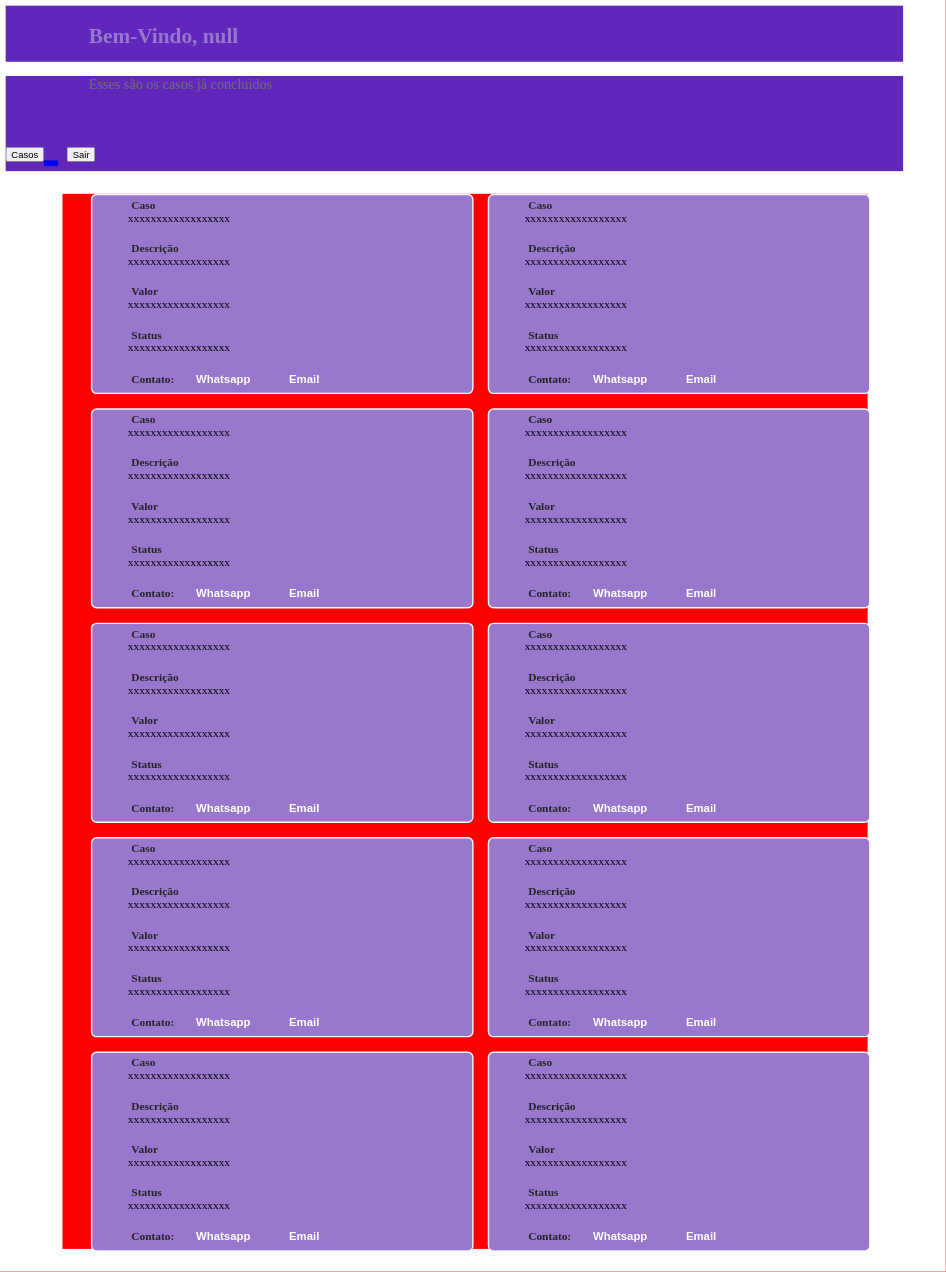
Repository: Dirlandia404/Casos
Page: frontend/public/pages/casosConcluidos.html
These files come from the project's save history. The page is drawn as it stood at one moment and after the next save; the edit follows.
The browser window is 1280 px wide. The page is 1332 px wide, so the pictures cover 1332 px, including what lies to the right of the window. The pictures show the whole page, at 71% of full size.
The page's requests for data from a server got no answer. Some web libraries are served in a nearby version.

Above is the page before, as saved 2021-07-29 11:58:18.

### frontend/public/pages/casosConcluidos.html
<!DOCTYPE html>
<html lang="pt-br">
<head>
  <script type="text/javascript">
    var logado = sessionStorage.getItem('key')
  </script>
    <meta charset="UTF-8">
    <meta http-equiv="X-UA-Compatible" content="IE=edge">
    <meta name="viewport" content="width=device-width, initial-scale=1.0">
    <title>Casos Concluidos</title>

    <link rel="stylesheet" href="src/style/casosConcluidos.css">

</head>
<body>
  <header>
      <h6>Bem-Vindo, <script type="text/javascript">document.write(logado)</script></h6>
    </header>
    <div id="header-2">
      <p>Esses são os casos já concluidos</p>
              <a href="casos.html">

          <button>Casos</button>
      </a>
      <button onclick="logout();">Sair</button>

    </div>

    <div id="box-casos">
      <ul>
          <li>
              <div class="dados">
                  <strong>Caso </strong>
                  <h7>xxxxxxxxxxxxxxxxxx</h7>
                  <strong>Descrição</strong>
                  <h7>xxxxxxxxxxxxxxxxxx</h7>
                  <strong>Valor</strong>
                  <h7>xxxxxxxxxxxxxxxxxx</h7>
                  <strong>Status</strong>
                  <h7>xxxxxxxxxxxxxxxxxx</h7>
                  <div id="fieldset">
                      <strong>Contato:</strong>
                      <button>Whatsapp</button>
                      <button>Email</button>
                  </div>

              </div>

          </li>
          <li>
           <div class="dados">
               <strong>Caso </strong>
               <h7>xxxxxxxxxxxxxxxxxx</h7>
               <strong>Descrição</strong>
               <h7>xxxxxxxxxxxxxxxxxx</h7>
               <strong>Valor</strong>
               <h7>xxxxxxxxxxxxxxxxxx</h7>
               <strong>Status</strong>
               <h7>xxxxxxxxxxxxxxxxxx</h7>
               <div id="fieldset">
                   <strong>Contato:</strong>
                   <button>Whatsapp</button>
                   <button>Email</button>
               </div>

           </div>

       </li>
       <li>
           <div class="dados">
               <strong>Caso </strong>
               <h7>xxxxxxxxxxxxxxxxxx</h7>
               <strong>Descrição</strong>
               <h7>xxxxxxxxxxxxxxxxxx</h7>
               <strong>Valor</strong>
               <h7>xxxxxxxxxxxxxxxxxx</h7>
               <strong>Status</strong>
               <h7>xxxxxxxxxxxxxxxxxx</h7>
               <div id="fieldset">
                   <strong>Contato:</strong>
                   <button>Whatsapp</button>
                   <button>Email</button>
               </div>

           </div>

       </li>
       <li>
        <div class="dados">
            <strong>Caso </strong>
            <h7>xxxxxxxxxxxxxxxxxx</h7>
            <strong>Descrição</strong>
            <h7>xxxxxxxxxxxxxxxxxx</h7>
            <strong>Valor</strong>
            <h7>xxxxxxxxxxxxxxxxxx</h7>
            <strong>Status</strong>
            <h7>xxxxxxxxxxxxxxxxxx</h7>
            <div id="fieldset">
                <strong>Contato:</strong>
                <button>Whatsapp</button>
                <button>Email</button>
            </div>

        </div>

    </li>
    <li>
      <div class="dados">
          <strong>Caso </strong>
          <h7>xxxxxxxxxxxxxxxxxx</h7>
          <strong>Descrição</strong>
          <h7>xxxxxxxxxxxxxxxxxx</h7>
          <strong>Valor</strong>
          <h7>xxxxxxxxxxxxxxxxxx</h7>
          <strong>Status</strong>
          <h7>xxxxxxxxxxxxxxxxxx</h7>
          <div id="fieldset">
              <strong>Contato:</strong>
              <button>Whatsapp</button>
              <button>Email</button>
          </div>

      </div>

  </li>
  <li>
    <div class="dados">
        <strong>Caso </strong>
        <h7>xxxxxxxxxxxxxxxxxx</h7>
        <strong>Descrição</strong>
        <h7>xxxxxxxxxxxxxxxxxx</h7>
        <strong>Valor</strong>
        <h7>xxxxxxxxxxxxxxxxxx</h7>
        <strong>Status</strong>
        <h7>xxxxxxxxxxxxxxxxxx</h7>
        <div id="fieldset">
            <strong>Contato:</strong>
            <button>Whatsapp</button>
            <button>Email</button>
        </div>

    </div>

</li>
<li>
 <div class="dados">
     <strong>Caso </strong>
     <h7>xxxxxxxxxxxxxxxxxx</h7>
     <strong>Descrição</strong>
     <h7>xxxxxxxxxxxxxxxxxx</h7>
     <strong>Valor</strong>
     <h7>xxxxxxxxxxxxxxxxxx</h7>
     <strong>Status</strong>
     <h7>xxxxxxxxxxxxxxxxxx</h7>
     <div id="fieldset">
         <strong>Contato:</strong>
         <button>Whatsapp</button>
         <button>Email</button>
     </div>

 </div>

</li>
<li>
 <div class="dados">
     <strong>Caso </strong>
     <h7>xxxxxxxxxxxxxxxxxx</h7>
     <strong>Descrição</strong>
     <h7>xxxxxxxxxxxxxxxxxx</h7>
     <strong>Valor</strong>
     <h7>xxxxxxxxxxxxxxxxxx</h7>
     <strong>Status</strong>
     <h7>xxxxxxxxxxxxxxxxxx</h7>
     <div id="fieldset">
         <strong>Contato:</strong>
         <button>Whatsapp</button>
         <button>Email</button>
     </div>

 </div>

</li>
<li>
<div class="dados">
  <strong>Caso </strong>
  <h7>xxxxxxxxxxxxxxxxxx</h7>
  <strong>Descrição</strong>
  <h7>xxxxxxxxxxxxxxxxxx</h7>
  <strong>Valor</strong>
  <h7>xxxxxxxxxxxxxxxxxx</h7>
  <strong>Status</strong>
  <h7>xxxxxxxxxxxxxxxxxx</h7>
  <div id="fieldset">
      <strong>Contato:</strong>
      <button>Whatsapp</button>
      <button>Email</button>
  </div>

</div>

</li>
<li>
<div class="dados">
<strong>Caso </strong>
<h7>xxxxxxxxxxxxxxxxxx</h7>
<strong>Descrição</strong>
<h7>xxxxxxxxxxxxxxxxxx</h7>
<strong>Valor</strong>
<h7>xxxxxxxxxxxxxxxxxx</h7>
<strong>Status</strong>
<h7>xxxxxxxxxxxxxxxxxx</h7>
<div id="fieldset">
    <strong>Contato:</strong>
    <button>Whatsapp</button>
    <button>Email</button>
</div>

</div>

</li>



      </ul>

      <!--
       <div id="box-casos">
           <ul id="teste">


           </ul>

       </div>
       -->

</body>
</html>

<script src="https://cdnjs.cloudflare.com/ajax/libs/axios/0.18.0/axios.min.js"></script>


<script type="text/javascript">

function logout() {

sessionStorage.removeItem('key');
sessionStorage.clear();

window.location.replace("http://localhost:8080/pages/index.html");
}

    class Api{
     static async getCases (page){
       axios.get(`http://localhost:3333/findbystatus?status=concluido&page=${page}`)
      .then(response => list_cases_concluidos(response.data))
      .catch(error => console.log(error))
     }
  }

if(logado === '' || logado === 'null'){

}else{
  Api.getCases('1')
}

 const list_cases_concluidos = ( cases ) => {
    const bycases = document.getElementById('teste')
    cases.map(cases => {

      const li_casos = document.createElement('li')

 //     const div_aju = document.createElement('div')
  //    div_aju.setAttribute("id", "ajudar");

  //    const btn_aju = document.createElement("BUTTON");
 //     btn_aju.innerHTML = "Ajudar";

      const div_dados = document.createElement('div')
      div_dados.className = 'dados';

      const case_id_str = document.createElement("strong");
      case_id_str.innerHTML = "Caso ";

      const case_id_h7 = document.createElement("h7");
      case_id_h7.innerHTML = `${cases.title}`;


      const case_desc_str = document.createElement("strong");
      case_desc_str.innerHTML = "Descrição ";

      const case_desc_h7 = document.createElement("h7");
      case_desc_h7.innerHTML = `${cases.description}`;


      const case_vl_str = document.createElement("strong");
      case_vl_str.innerHTML = "Valor ";

      const case_vl_h7 = document.createElement("h7");
      case_vl_h7.innerHTML = `${cases.value}`;

      const case_sta_str = document.createElement("strong");
      case_sta_str.innerHTML = "Status ";

      const case_sta_h7 = document.createElement("h7");
      case_sta_h7.innerHTML = `${cases.status}`;

      //div id fieldset

      const div_field = document.createElement('div')
      div_field.setAttribute("id", "fieldset");

      const case_sta_cont = document.createElement("strong");
      case_sta_cont.innerHTML = "Contato ";

      const btn_what = document.createElement("BUTTON");
      btn_what.innerHTML = `${cases.whatsapp}`;

      const btn_email = document.createElement("BUTTON");
      btn_email.innerHTML = `${cases.email}`;

        bycases.appendChild(li_casos)
     //   li_casos.appendChild(div_aju)
    //    div_aju.appendChild(btn_aju)
        li_casos.appendChild(div_dados)
        div_dados.appendChild(case_id_str)
        div_dados.appendChild(case_id_h7)

        div_dados.appendChild(case_desc_str)
        div_dados.appendChild(case_desc_h7)

        div_dados.appendChild(case_vl_str)
        div_dados.appendChild(case_vl_h7)

        div_dados.appendChild(case_sta_str)
        div_dados.appendChild(case_sta_h7)

        li_casos.appendChild(div_field)

        div_field.appendChild(case_sta_cont)
        div_field.appendChild(btn_what)
        div_field.appendChild(btn_email)

    })
  }

</script>

### frontend/public/pages/src/style/casosConcluidos.css
header{
    display: flex;
    justify-content: space-between;
    background-color: #6127bd;
}
h6{
    margin-top: 2%;
    margin-left: 117px;
    margin-bottom: 20px;
    font-size: 30px;
    color: #9877CD;
}
p{
    margin-left: 117px;

    font-size: 20px;
    color: #726e6e;
}
#header-2{
    background-color: #6127bd;
}

a{
    font-size: 500%;
    margin-top: -80px;
    margin-right: 1%;
}
header button{
    width: 230px;
    height: 40px;
    background-color: #9877CD;
    border-radius: 8px;
    color: white;
    font-weight: bold;
    font-size: 16px;
    border: 0;
    margin-left: 160px;
    margin-right: 50px;
    transition: 400ms;
}







#box-casos{
    width: 100%;
    padding: 0 30px;
    margin: 32px auto;
}

#box-casos .dados{
    display: flex;
    flex-direction: column;
    width: 70%;
}
#box-casos ul{
    margin-left: 50px;
    margin-right: 80px;
    display: grid;
    grid-template-columns: 1fr 1fr;
    grid-gap: 24px;
    list-style: none;
    background-color: red;
}


#box-casos ul li{
    background-color: white;
    border: 2px solid  #f5f5f5;
    border-radius: 8px;
    height: 100%;
    width:100%;
    font-size: 16px;

    background-color: #9877CD;
}

#box-casos ul li strong{
    margin-top: 5px;
    font-size: 15px;
    margin-left: 5px;
}

#box-casos ul li strong{
    color: #242424;
    font-size: 16px;
    font-style: bold;
}

h7{
    margin-bottom: 20px;
}

.dados{

    margin-left: 50px;

    display: flex;
    justify-content: space-between;
}

#fieldset button{
    width: 90px;
    height: 30px;
    background-color: #9877CD;
    border-radius: 8px;
    color: white;
    font-weight: bold;
    font-size: 16px;
    border: 0;
    margin-left: 20px;


}

After the next save:
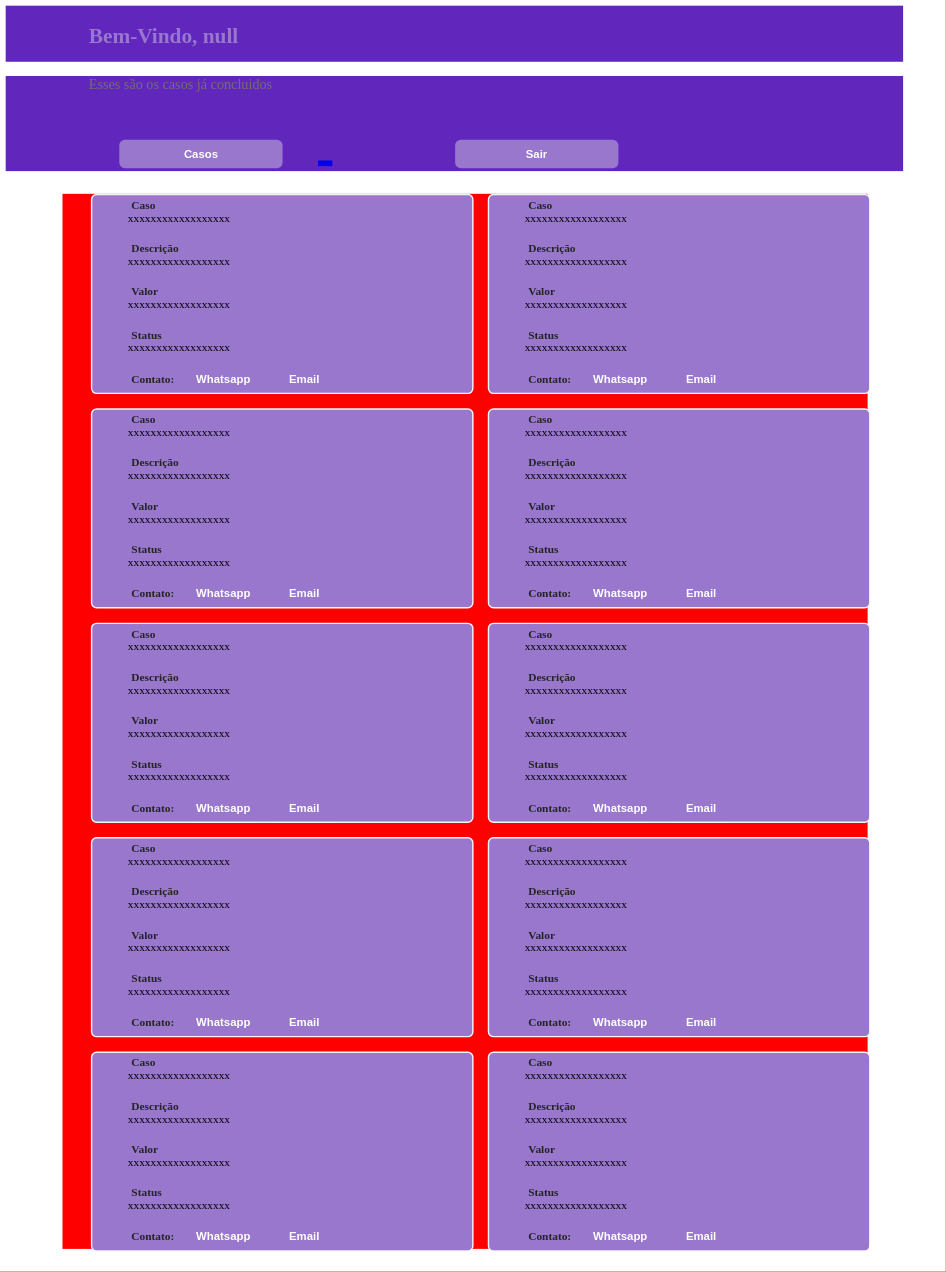
Saved 30 s later.
--- a/frontend/public/pages/src/style/casosConcluidos.css
+++ b/frontend/public/pages/src/style/casosConcluidos.css
@@ -25,7 +25,7 @@ a{
     margin-top: -80px;
     margin-right: 1%;
 }
-header button{
+#header-2 button{
     width: 230px;
     height: 40px;
     background-color: #9877CD;
